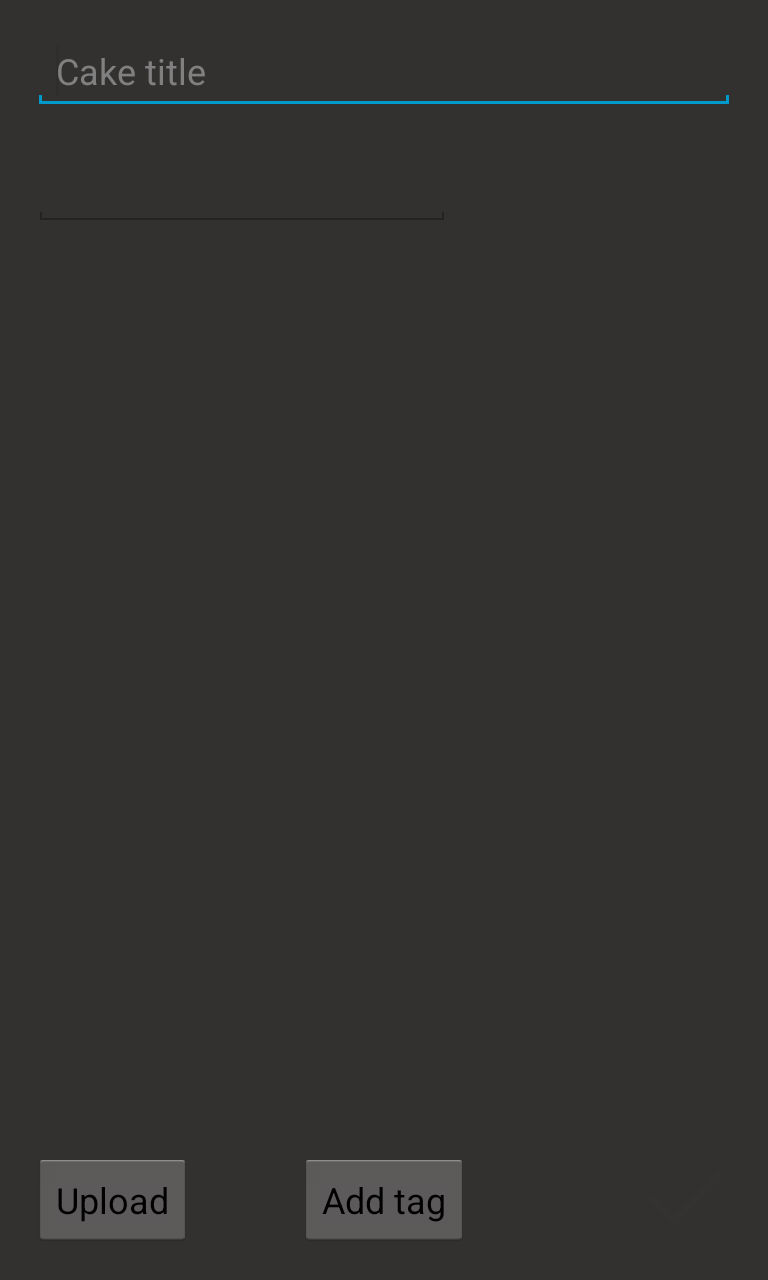
Repository: johnshaughnessy/onesec
Layout: OneSec-App/res/layout/activity_new_cake.xml
An editor plug-in stored every save of this project. The layout is shown before and after a run of saves, followed by the edit.
It is drawn on a 768 x 1280 px phone screen (xhdpi) without system bars, with theme RetroTheme; the app's code is not run.

Above is the layout before, as saved 2013-07-13 22:56:23.

### OneSec-App/res/layout/activity_new_cake.xml
<RelativeLayout xmlns:android="http://schemas.android.com/apk/res/android"
    xmlns:tools="http://schemas.android.com/tools"
    android:layout_width="match_parent"
    android:layout_height="match_parent"
    android:paddingBottom="@dimen/activity_vertical_margin"
    android:paddingLeft="@dimen/activity_horizontal_margin"
    android:paddingRight="@dimen/activity_horizontal_margin"
    android:paddingTop="@dimen/activity_vertical_margin"
    tools:context=".NewCakeActivity" >

    <EditText
        android:id="@+id/title"
        android:layout_width="fill_parent"
        android:layout_height="wrap_content"
        android:maxLines="1"
        android:inputType="text"
        android:hint="@string/hint_cake_title"
        android:layout_centerHorizontal="true" >
        <requestFocus />
    </EditText>

    <TextView
        android:id="@+id/date"
        android:layout_width="wrap_content"
        android:layout_height="wrap_content"
        android:layout_below="@id/title"
        android:maxLines="1"
        android:layout_centerHorizontal="true" />

    <ImageView
        android:id="@+id/thumbnail"
        android:layout_width="wrap_content"
        android:layout_height="wrap_content"
        android:layout_below="@id/title"
        android:layout_marginBottom="15dp"
        android:layout_centerHorizontal="true" />

    <Button
        android:id="@+id/done"
        android:layout_width="50dp"
        android:layout_height="50dp"
        android:layout_alignParentBottom="true"
        android:layout_alignParentRight="true"
        android:background="@drawable/ic_navigation_accept" />

    <EditText
        android:id="@+id/newCakeSprinkle"
        android:layout_width="wrap_content"
        android:layout_height="wrap_content"
        android:layout_alignLeft="@+id/title"
        android:layout_below="@+id/date"
        android:maxLines="1"
        android:inputType="text"
        android:ems="10" />

    <Button
        android:id="@+id/uploadCake"
        android:layout_width="wrap_content"
        android:layout_height="wrap_content"
        android:layout_alignBottom="@+id/done"
        android:layout_alignLeft="@+id/newCakeSprinkle"
        android:onClick="uploadCake"
        android:text="@string/upload" />

    <Button
        android:id="@+id/addTag"
        android:layout_width="wrap_content"
        android:layout_height="wrap_content"
        android:layout_alignBaseline="@+id/uploadCake"
        android:layout_alignBottom="@+id/uploadCake"
        android:layout_centerHorizontal="true"
        android:onClick="addTag"
        android:text="@string/addTag" />

</RelativeLayout>

### OneSec-App/res/values/strings.xml
<?xml version="1.0" encoding="utf-8"?>
<resources>

    <string name="app_name">SPRINKLES</string>
    <string name="action_settings">Settings</string>
    <string name="action_signout">Sign out</string>
    <string name="search_title">Search</string>
    <string name="search_hint">Search by sprinkle</string>
    <string name="hello_world">Hello world!</string>
    <string name="title_activity_new_second">New Moment</string>
    <string name="title_activity_new_cake">New Cake</string>
    <string name="title_activity_view_seconds">My Moments</string>
    <string name="title_activity_view_cakes">My Cakes</string>
    <string name="title_activity_recipe">RecipeActivity</string>
    <string name="my_seconds">My Moments</string>
    <string name="date">Date:</string>
    <string name="text_select_seconds">Select</string>
    <string name="text_bake_cake">Bake</string>
    <string name="forget">Forget</string>
    <string name="sign_in">Sign in</string>
    <string name="hint_cake_title">Cake title</string>

    <string name="text_takeSecond">Capture the moment</string>
    <string name="text_viewSeconds">View Moments</string>
    <string name="text_viewCakes">View Cakes</string>

    <string name="menu_new">New</string>
    <string name="text_test">Test</string>
    <string name="done">So beautiful omg</string>
    <string name="play_second">Play</string>

    <string name="addTag">Add tag</string>
    <string name="upload">Upload</string>
    <string name="syncSeconds">Sync Moments</string>


</resources>

Loaded but not shown: OneSec-App/res/values/styles.xml (common file); OneSec-App/res/values-v11/styles.xml (common file); OneSec-App/res/values-v14/styles.xml (common file); OneSec-App/res/values/dimens.xml (common file)

After the next 2 saves:
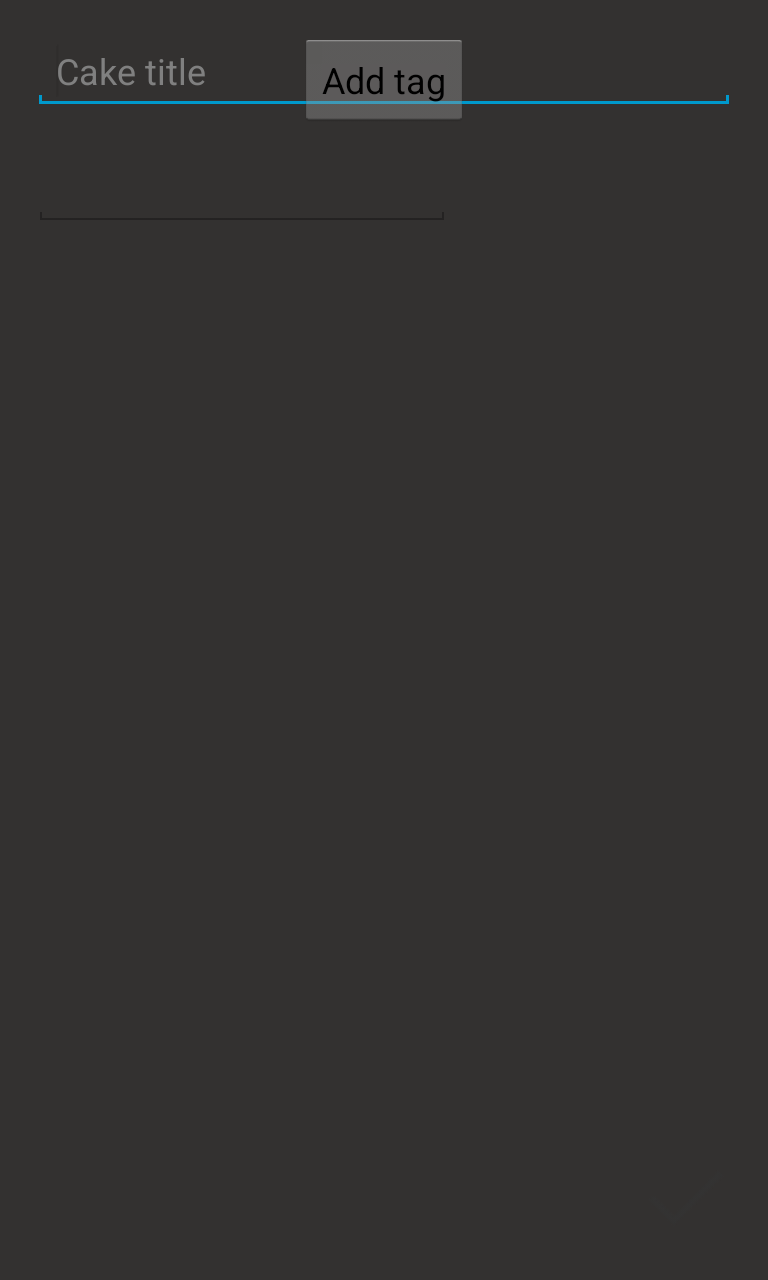
The 2 saves are shown as one change because they came seconds apart.
The last was saved 83 s later.
--- a/OneSec-App/res/layout/activity_new_cake.xml
+++ b/OneSec-App/res/layout/activity_new_cake.xml
@@ -54,15 +54,6 @@
         android:ems="10" />
 
     <Button
-        android:id="@+id/uploadCake"
-        android:layout_width="wrap_content"
-        android:layout_height="wrap_content"
-        android:layout_alignBottom="@+id/done"
-        android:layout_alignLeft="@+id/newCakeSprinkle"
-        android:onClick="uploadCake"
-        android:text="@string/upload" />
-
-    <Button
         android:id="@+id/addTag"
         android:layout_width="wrap_content"
         android:layout_height="wrap_content"
